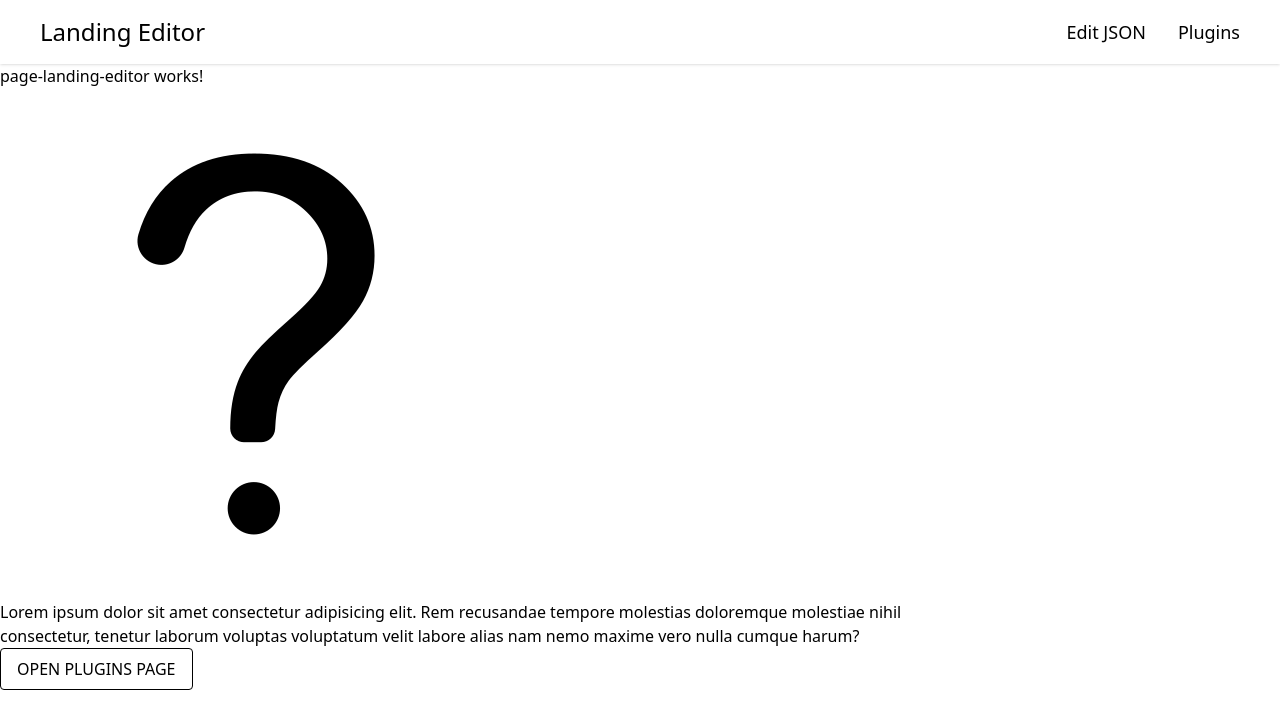
Repository: ShumilovMikhail/plugins-app
Page: / (app in app/frontend/)
An editor plug-in stored every save of this project. The page is shown before and after the next save, followed by the edit.
The browser window is 1280 px wide. The pictures show the whole page.
The project was rebuilt for these pictures with package versions that can differ from the ones it lists, and the page was loaded fresh each time. Also part of the build but not shown: app/frontend/angular.json.

Above is the page before, as saved 2024-05-13 08:10:42.

After the next save:
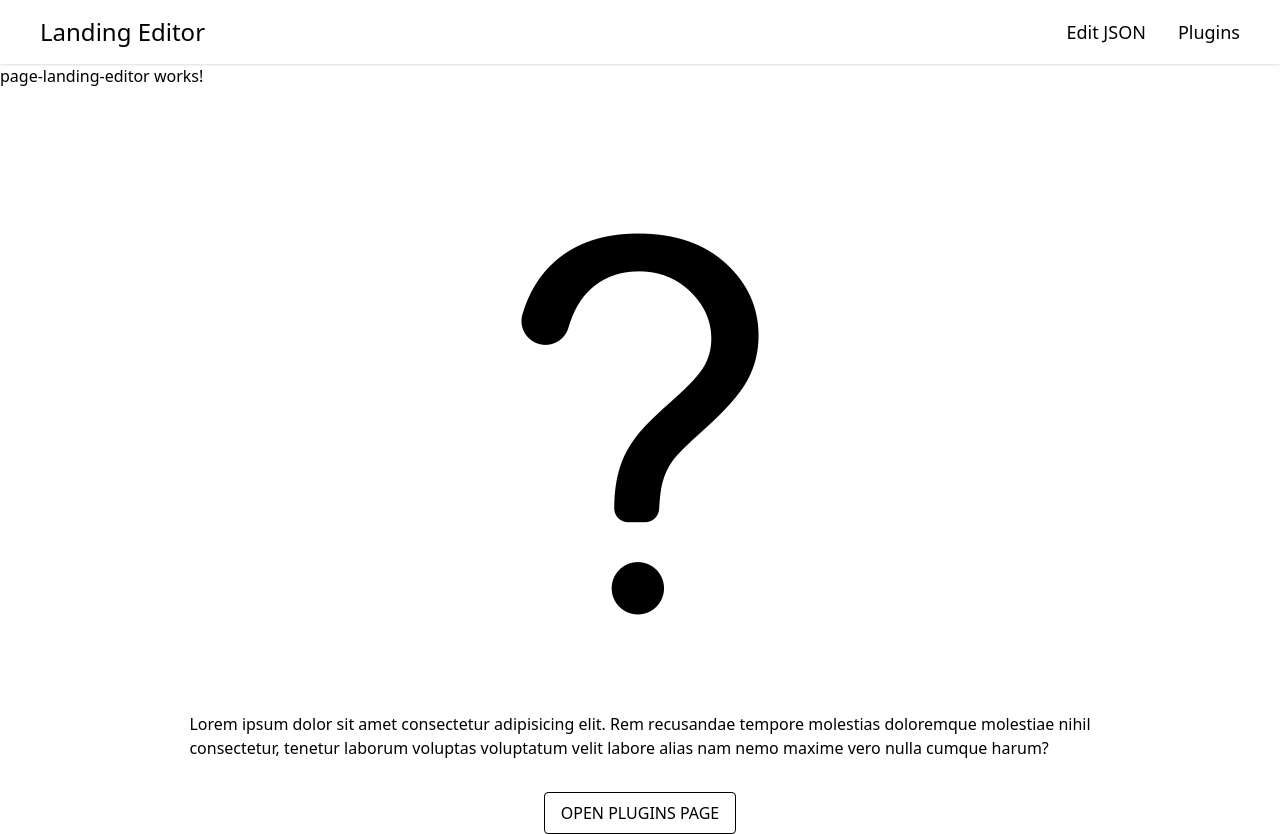
Saved 47 s later.
--- a/app/frontend/src/app/pages/page-landing-editor/page-landing-editor.component.html
+++ b/app/frontend/src/app/pages/page-landing-editor/page-landing-editor.component.html
@@ -1,5 +1,5 @@
 <p>page-landing-editor works!</p>
-<div>
+<div class="flex flex-col items-center gap-8 mt-20">
   <img src="/assets/empty-page-question.png" alt="">
   <p>
     Lorem ipsum dolor sit amet consectetur adipisicing elit. Rem recusandae tempore molestias doloremque molestiae nihil
